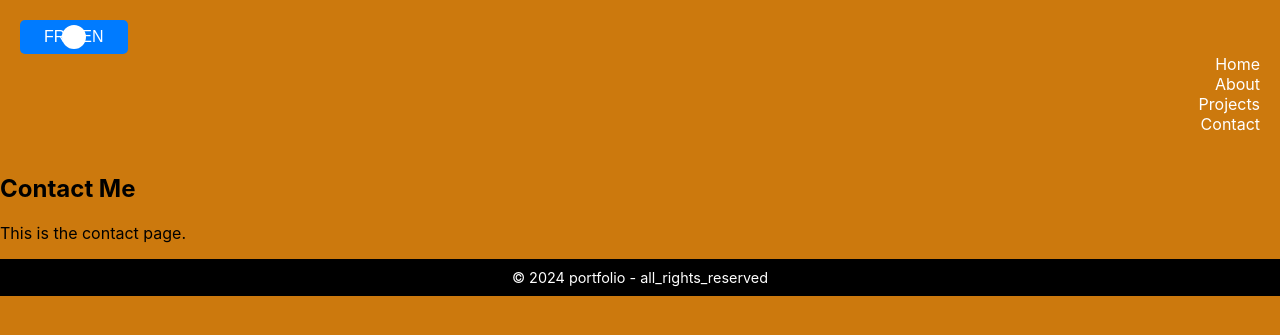
Repository: Christian121966/mon-portfolio
Page: /contact
An editor plug-in stored every save of this project. The page is shown before and after a run of saves, followed by the edit.
The browser window is 1280 px wide. The pictures show the whole page.
The project was rebuilt for these pictures with package versions that can differ from the ones it lists, and the page was loaded fresh each time. Also part of the build but not shown: src/pages/HomePage/HomePage.scss, src/pages/HomePage/HomePage.js, src/pages/AboutPage/AboutPage.scss, src/pages/AboutPage/AboutPage.js, src/pages/ProjectsPage/ProjectsPage.js. Imported but missing from the stored project, and not drawn on this page: src/i18next.

Above is the page before, as saved 2024-07-24 02:23:44.

After the next 2 saves:
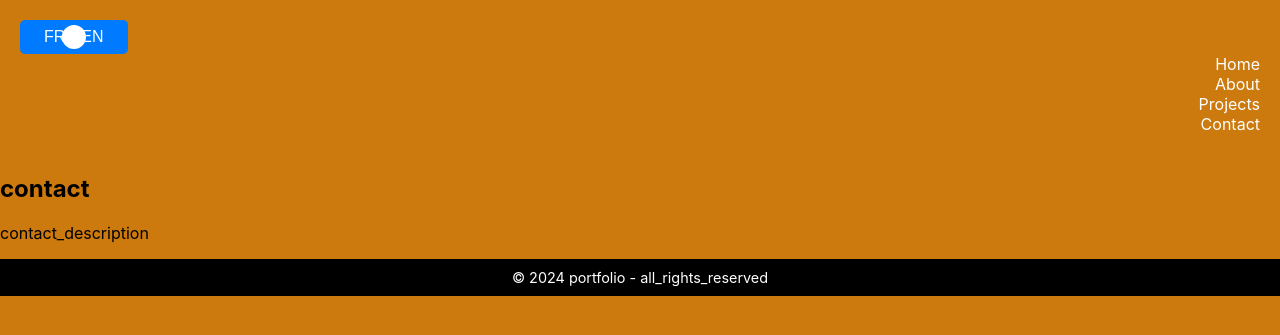
The 2 saves are shown as one change because they came seconds apart.
The last was saved 2 min 3 s later.
--- a/src/pages/ContactPage/ContactPage.js
+++ b/src/pages/ContactPage/ContactPage.js
@@ -1,11 +1,14 @@
 // src/pages/ContactPage.js
 import React from 'react';
+import { useTranslation } from 'react-i18next';
 
 function ContactPage() {
+  const { t } = useTranslation();
+
   return (
     <div>
-      <h2>Contact Me</h2>
-      <p>This is the contact page.</p>
+      <h2>{t('contact')}</h2>
+      <p>{t('contact_description')}</p>
     </div>
   );
 }
